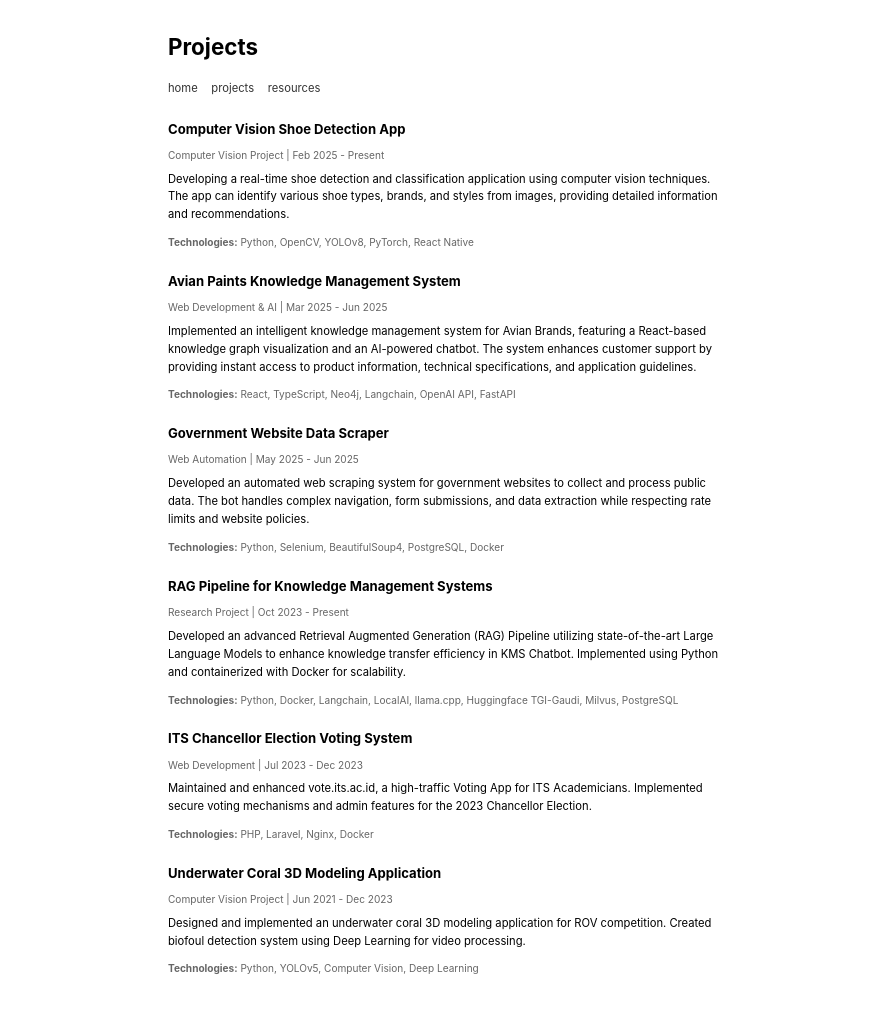
Repository: fadhilrp/fadhilrp.github.io
Page: pages/projects.html
These files come from the project's save history. The page is drawn as it stood at one moment and after the next save; the edit follows.
The browser window is 1280 px wide. The pictures show the whole page, at 70% of full size.

Above is the page before, as saved 2025-05-20 14:54:36.

After the next save:
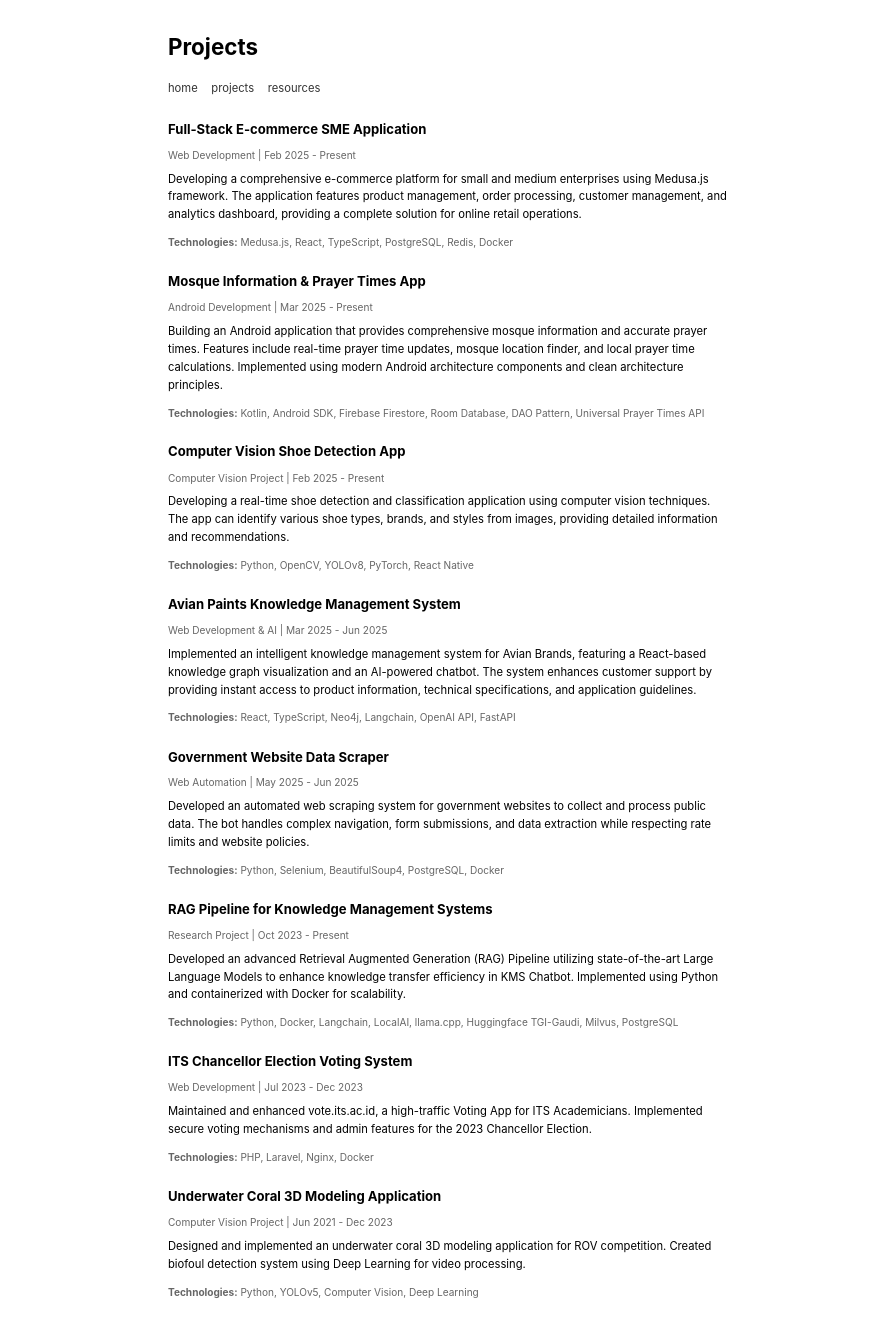
Saved 30 min 24 s later.
--- a/pages/projects.html
+++ b/pages/projects.html
@@ -53,6 +53,28 @@
         </nav>
 
         <div class="section">
+            <div class="project">
+                <h3>Full-Stack E-commerce SME Application</h3>
+                <div class="project-meta">Web Development | Feb 2025 - Present</div>
+                <div class="project-description">
+                    Developing a comprehensive e-commerce platform for small and medium enterprises using Medusa.js framework. The application features product management, order processing, customer management, and analytics dashboard, providing a complete solution for online retail operations.
+                </div>
+                <div class="tech-stack">
+                    <strong>Technologies:</strong> Medusa.js, React, TypeScript, PostgreSQL, Redis, Docker
+                </div>
+            </div>
+
+            <div class="project">
+                <h3>Mosque Information & Prayer Times App</h3>
+                <div class="project-meta">Android Development | Mar 2025 - Present</div>
+                <div class="project-description">
+                    Building an Android application that provides comprehensive mosque information and accurate prayer times. Features include real-time prayer time updates, mosque location finder, and local prayer time calculations. Implemented using modern Android architecture components and clean architecture principles.
+                </div>
+                <div class="tech-stack">
+                    <strong>Technologies:</strong> Kotlin, Android SDK, Firebase Firestore, Room Database, DAO Pattern, Universal Prayer Times API
+                </div>
+            </div>
+
             <div class="project">
                 <h3>Computer Vision Shoe Detection App</h3>
                 <div class="project-meta">Computer Vision Project | Feb 2025 - Present</div>
